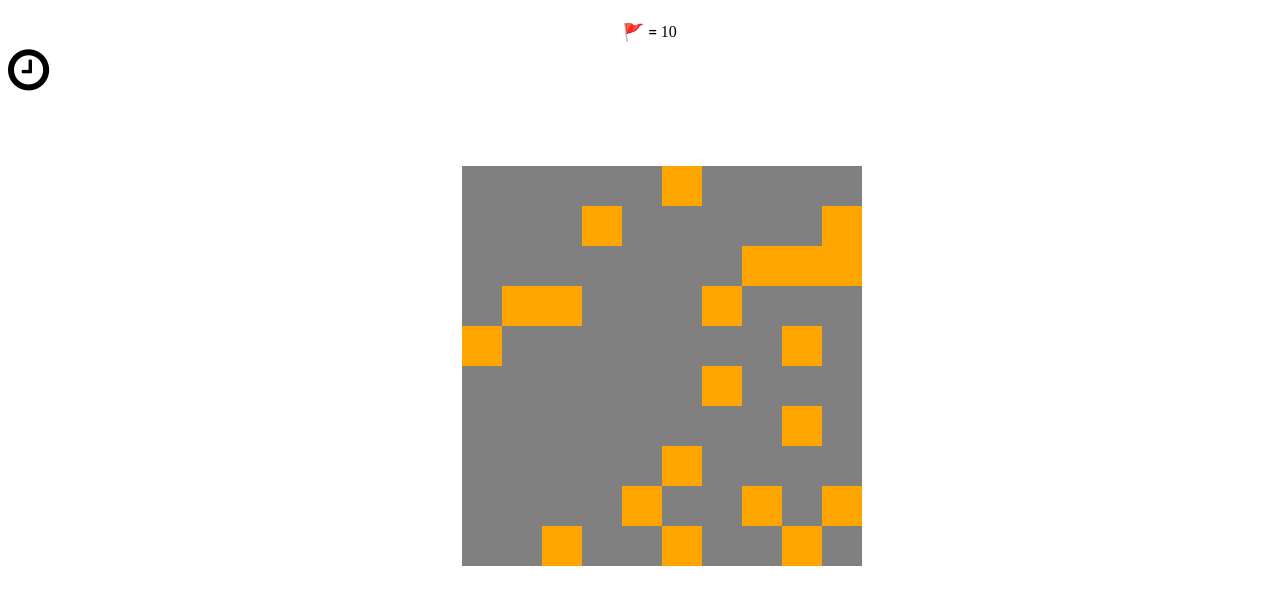
Repository: issaRan/MineSweeper
Page: html/index.html
These files come from the project's save history. The page is drawn as it stood at one moment and after the next save; the edit follows.
The browser window is 1280 px wide. The pictures show the whole page.

Above is the page before, as saved 2020-10-23 16:27:17.

### html/index.html
<!DOCTYPE html>
<html lang="en">
<head>
    <meta charset="UTF-8">
    <meta name="viewport" content="width=device-width, initial-scale=1.0">
    <title>MineSweeper</title>
    <link rel="stylesheet" href="../css/styles.css">
    <link rel="stylesheet" href="https://cdnjs.cloudflare.com/ajax/libs/font-awesome/4.7.0/css/font-awesome.min.css">
    <script src="../js/index.js" charset="utf-8"></script>
</head>
<body>
  <div class="flags">🚩 = </div><div class="numOfFlag">10</div>
  <div class="grid"></div>
  <i class="fa fa-clock-o" ></i>
</body>
</html>

### css/styles.css
.grid {
    height: 400px;
    width: 400px;
    display: flex;
    flex-wrap: wrap;
    background-color: grey;
    position: absolute;
    top: 30%;
    left: 40%;
    margin-top: -50px;
    margin-left: -50px;
    border:1px solid 1px
}
h1{
    position: absolute;
    text-align: center;
}
.fa.fa-clock-o{
    font-size:48px;
    color:#FFD700"
}
.grid div {
    border: 5px;
    border-color: #f5f3eb;
    box-sizing: border-box;
    height: 40px;
    width: 40px;
}
.numOfFlag{
    position: absolute;
    margin-left: 51%;
    margin-top: -23px;
}
.flags {
    margin-top: 20px;
    background-color: #ffffff;
    color: #000000;
    font-family: "Roboto", sans-serif;
    font-size: 17px;
    text-align: center;
    line-height: 1.5em;
}
.bomb {
    background-color: orange;
}
.checked{
    background-color: red;
}

### js/index.js
document.addEventListener('DOMContentLoaded',()=>{
    const grid = document.querySelector('.grid')
    let width = 10
    let flag = 10
    let squares = []
    let isGameOver = false
    let bombAamount = 20
    function createBoard(){
        const bombArray = Array(bombAamount).fill('bomb')
        const emptyArray = Array(width*width - bombAamount).fill('valid')
        const gameArray = emptyArray.concat(bombArray)
        const shuffledArray = gameArray.sort(()=> Math.random() -0.5)
        for(let i = 0; i < width*width;i++){
            const sqaure = document.createElement('div')
            sqaure.setAttribute('id',i)
            sqaure.classList.add(shuffledArray[i])
            grid.appendChild(sqaure)
            squares.push(sqaure)
            sqaure.addEventListener('click',(e)=>{
                click(sqaure)
            })
            sqaure.oncontextmenu = function(e){
                e.preventDefault()
                addFlag(sqaure)
            }
        }
        for (let i = 0; i < squares.length; i++) {
            let total = 0
            const isLeftEdge = (i % width === 0)
            const isRightEdge = (i % width === width -1)

            if (squares[i].classList.contains('valid')) {
              if (i > 0 && !isLeftEdge && squares[i -1].classList.contains('bomb')) total ++
              if (i > 9 && !isRightEdge && squares[i + 1 -width].classList.contains('bomb')) total ++
              if (i > 10 && squares[i -width].classList.contains('bomb')) total ++
              if (i > 11 && !isLeftEdge && squares[i -1 -width].classList.contains('bomb')) total ++
              if (i < 98 && !isRightEdge && squares[i +1].classList.contains('bomb')) total ++
              if (i < 90 && !isLeftEdge && squares[i -1 +width].classList.contains('bomb')) total ++
              if (i < 88 && !isRightEdge && squares[i +1 +width].classList.contains('bomb')) total ++
              if (i < 89 && squares[i +width].classList.contains('bomb')) total ++
              squares[i].setAttribute('data', total)
            }
        }
    }
    createBoard()
    function click(square){
        let currentId = square.id
        if(isGameOver) return
        if(square.classList.contains('checked') || square.classList.contains('flag')){
            return
        }
        if(square.classList.contains('bomb')){
            gameOver(square)
        }else{
            let total = square.getAttribute('data')
            if(total != 0){
                square.classList.add('checked')
                square.innerHTML = total
                return
            }
            checkSquare(square,currentId)
        }
        square.classList.add('checked')

    }
    function checkSquare(square,currentId){
        const isLeftEdge = (currentId % width === 0)
        const isRightEdge = (currentId % width === width -1)
        setTimeout(()=>{
            if (currentId > 0 && !isLeftEdge) {
                const newId = squares[parseInt(currentId) -1].id
                //const newId = parseInt(currentId) - 1   ....refactor
                const newSquare = document.getElementById(newId)
                click(newSquare)
              }
              if (currentId > 9 && !isRightEdge) {
                const newId = squares[parseInt(currentId) +1 -width].id
                //const newId = parseInt(currentId) +1 -width   ....refactor
                const newSquare = document.getElementById(newId)
                click(newSquare)
              }
              if (currentId > 10) {
                const newId = squares[parseInt(currentId -width)].id
                const newSquare = document.getElementById(newId)
                click(newSquare)
              }
              if (currentId > 11 && !isLeftEdge) {
                const newId = squares[parseInt(currentId) -1 -width].id

                const newSquare = document.getElementById(newId)
                click(newSquare)
              }
              if (currentId < 98 && !isRightEdge) {
                const newId = squares[parseInt(currentId) +1].id
                const newSquare = document.getElementById(newId)
                click(newSquare)
              }
              if (currentId < 90 && !isLeftEdge) {
                const newId = squares[parseInt(currentId) -1 +width].id
                const newSquare = document.getElementById(newId)
                click(newSquare)
              }
              if (currentId < 88 && !isRightEdge) {
                const newId = squares[parseInt(currentId) +1 +width].id
                const newSquare = document.getElementById(newId)
                click(newSquare)
              }
              if (currentId < 89) {
                const newId = squares[parseInt(currentId) +width].id
                const newSquare = document.getElementById(newId)
                click(newSquare)
              }
        },10)
    }
    function gameOver(square){
        console.log("Boom !")
        isGameOver = true
        squares.forEach(square=> {
            if(square.classList.contains('bomb')){
                square.innerHTML = '💣'
            }
        })
    }
    function addFlag(square){
        if(isGameOver) return
        if(!square.classList.contains('checked') && (flag >= 0)) {
            var c = document.querySelector('.numOfFlag')
            if(!square.classList.contains('flag')){
                square.classList.add('flag')
                square.innerHTML = ' 🚩'
                checkForWin()
                flag--;
                c.textContent = flag
            }else{
                square.classList.remove('flag')
                square.innerHTML = ''
                flag++;
                c.textContent = flag
            }
        }
    }
    function checkForWin(){
        let matches = 0
        for(let i = 0; i < squares.length;i++){
            if(squares[i].classList.contains('flag') && squares[i].classList.contains('bomb')){
                matches++
            }
            if(matches == bombAamount){
                isGameOver = true
                console.log('You Win !')
            }
        }
    }
})

After the next save:
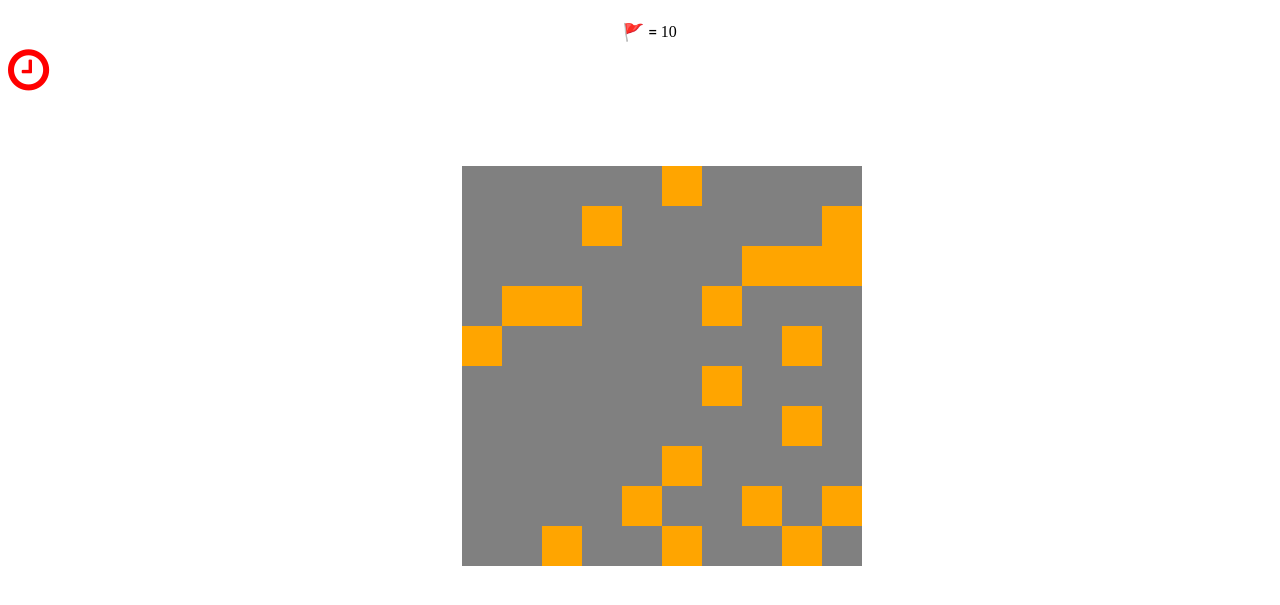
Saved 6 s later.
--- a/css/styles.css
+++ b/css/styles.css
@@ -17,7 +17,7 @@ h1{
 }
 .fa.fa-clock-o{
     font-size:48px;
-    color:#FFD700"
+    color:red
 }
 .grid div {
     border: 5px;
